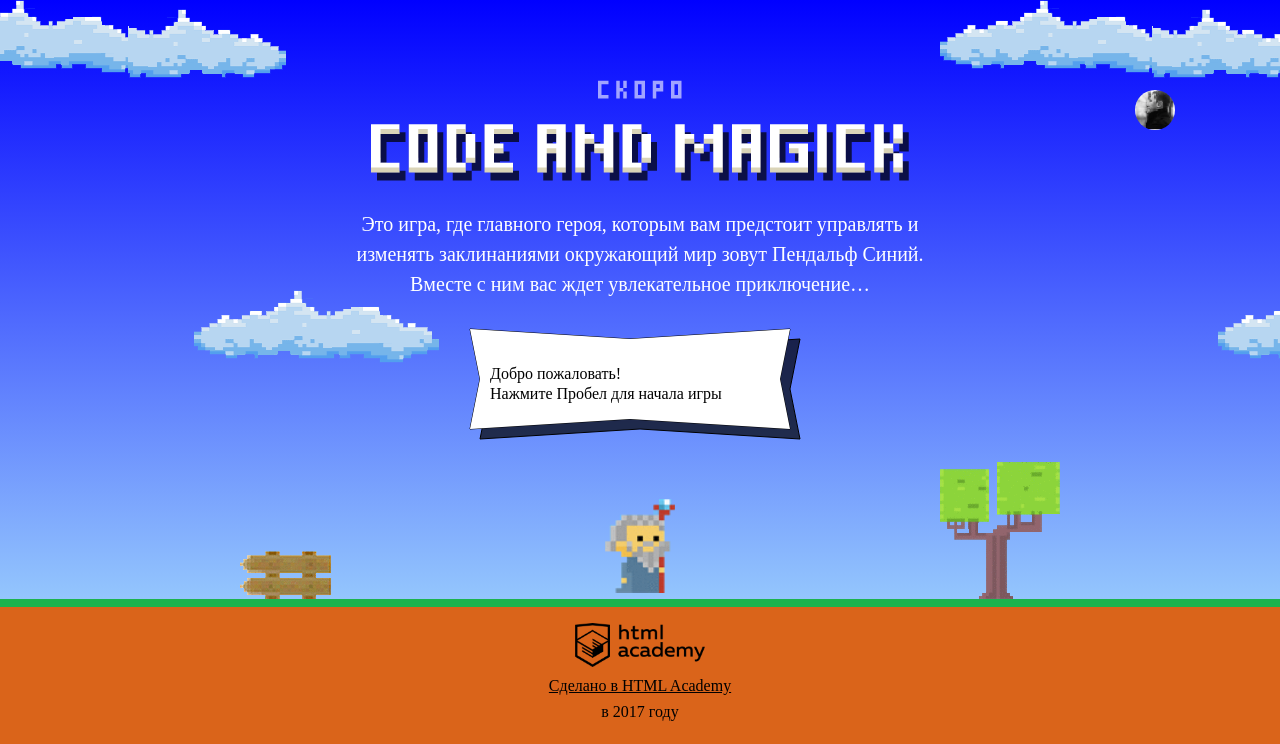
Repository: infernotw/1054987-code-and-magick-18
Page: index.html
The author's editor kept a copy of each file at every save. The page is drawn from the files as they stood at one save, then again after the next save.
The browser window is 1280 px wide. The pictures show the whole page.
Some web fonts or font styles are not loaded; a fallback is used.

Above is the page before, as saved 2019-09-11 19:59:06.

### index.html
<!DOCTYPE html>
<html>
<head>
  <meta charset="utf-8">
  <link rel="stylesheet" href="https://fonts.googleapis.com/css?family=PT+Mono&subset=latin,cyrillic">
  <link rel="stylesheet" href="css/main.css">
  <link rel="shortcut icon" href="favicon.ico" type="image/x-icon">
  <title>Код и Магия</title>
</head>
<body>

<header>
  <svg style="display: none;" xmlns="http://www.w3.org/2000/svg" viewBox="0 0 62
        86">
    <g id="wizard">
      <g id="wizard-coat">
        <polygon points="19 67 19 59 14 59 14 82 9 82 9 86 23 86 23 67 19 67"/>
        <polygon points="19 59 19 67 23 67 23 86 48 86 48 54 19 54 19 59"/>
      </g>
      <g id="wizard-head">
        <polygon points="48 86 53 86 53 15 58 15 58 10 62 10 62 5 58 5 58 10 48 10 48 5 43 5 43 10 48 10 48 14 48 86"
                 fill="#be3827"/>
        <polygon points="9 37 19 37 19 23 48 23 48 28 53 28 53 42 48 42 48 51 14 51 14 46 9 46 9 37"
                 fill="#fbd868"/>
        <rect x="33" y="39" width="10" height="5" fill="#bec1c3"/>
        <rect x="14" y="37" width="5" height="9" fill="#bec1c3"/>
        <polygon
          points="48 39 48 44.34 43 44.34 43 49.69 33 49.69 33 44.34 29 44.34 29 48.62 23 48.62 23 53.97 29 53.97 29 59.31 33 59.31 33 64.66 38 64.66 38 70 43 70 43 64.66 48 64.66 48 53.97 53 53.97 53 48.62 57 48.62 57 39 48 39"
          fill="#bec1c3"/>
        <polygon
          points="0 47 9 47 9 38 19 38 19 24 48 24 48 28 53 28 53 18 48 18 48 13 14 13 14 18 9 18 9 23 5 23 5 38 0 38 0 47"
          fill="#bec1c3"/>
      </g>
      <g id="wizard-eyes">
        <rect x="28" y="33" width="5" height="5"/>
        <rect x="43" y="33" width="5" height="5"/>
      </g>
      <g id="wizard-hands">
        <polygon points="19 67 19 59 14 59 14 82 9 82 9 86 23 86
          23 67 19 67" fill="#fff" opacity="0.2"/>
        <rect x="14" y="73" width="5" height="5"
              fill="#fbd868"/>
        <rect x="48" y="63" width="5" height="5" fill="#fbd868"/>
        <rect x="48" width="10" height="10" fill="#3aa2ca"/>
        <rect x="52" width="5" height="5" fill="#acd5fb"/>
      </g>
    </g>
  </svg>
  <div class="header-clouds"></div>
  <div class="header-fence"></div>
  <div class="header-tree"></div>

  <h1 class="header-title section-title">
    Code&thinsp;and&thinsp;Magick
    <img src="img/title-site.png" alt="Code and magick">
  </h1>
  <p class="header-description">
    Это игра, где главного героя, которым вам предстоит управлять и изменять заклинаниями окружающий мир зовут
    Пендальф Синий.
    Вместе с ним вас ждет увлекательное приключение&hellip;
  </p>

  <div class="demo"></div>

  <div class="setup-open">
    <img src="./img/user-1.jpg" class="setup-open-icon">
  </div>
</header>

<div class="overlay setup hidden">
  <form class="setup-wizard-form"
        method="post"
        enctype="multipart/form-data"
        autocomplete="off">

    <div class="setup-title">
      <div class="setup-user">
        <div class="upload">
          <img class="setup-user-pic" src="./img/user-1.jpg"/>
          <input type="file" name="avatar">
        </div>
        <label>
          <input type="text" name="username"
                 maxlength="25" required
                 class="setup-user-name" value="Синий Пендальф"/>
        </label>
      </div>

      <span class="setup-close">&times;</span>
    </div>


    <div class="setup-artifacts-shop">
      <div class="setup-artifacts-cell"><img src="img/icon-star.png" alt="Star" width="65" height="50" draggable="true">
      </div>
      <div class="setup-artifacts-cell"></div>
      <div class="setup-artifacts-cell"></div>
      <div class="setup-artifacts-cell"></div>

      <div class="setup-artifacts-cell"></div>
      <div class="setup-artifacts-cell"></div>
      <div class="setup-artifacts-cell"></div>
      <div class="setup-artifacts-cell"></div>
    </div>

    <div class="setup-player">
      <div class="setup-wizard-appearance">
        <div class="setup-wizard-wrap">
          <svg xmlns="http://www.w3.org/2000/svg" viewBox="0 0 62 86" class="setup-wizard">
            <g class="wizard">
              <use xlink:href="#wizard-coat" class="wizard-coat" style="fill: #6589a4"></use>
              <use xlink:href="#wizard-head" class="wizard-head"></use>
              <use xlink:href="#wizard-eyes" class="wizard-eyes"></use>
              <use xlink:href="#wizard-hands" class="wizard-hands"></use>
            </g>
          </svg>
        </div>
        <input type="hidden" name="coat-color" value="rgb(101, 137, 164)">
        <input type="hidden" name="eyes-color" value="black">
      </div>

      <div class="setup-fireball-wrap">
        <div class="setup-fireball"></div>
        <input type="hidden" name="fireball-color" value="#ee4830">
      </div>

      <div class="setup-artifacts" dropzone="move">
        <div class="setup-artifacts-cell"></div>
        <div class="setup-artifacts-cell"></div>
        <div class="setup-artifacts-cell"></div>
        <div class="setup-artifacts-cell"></div>

        <div class="setup-artifacts-cell"></div>
        <div class="setup-artifacts-cell"></div>
        <div class="setup-artifacts-cell"></div>
        <div class="setup-artifacts-cell"></div>

        <div class="setup-artifacts-cell"></div>
        <div class="setup-artifacts-cell"></div>
        <div class="setup-artifacts-cell"></div>
        <div class="setup-artifacts-cell"></div>

        <div class="setup-artifacts-cell"></div>
        <div class="setup-artifacts-cell"></div>
        <div class="setup-artifacts-cell"></div>
        <div class="setup-artifacts-cell"></div>
      </div>
    </div>

    <div class="setup-footer">
      <div class="setup-similar hidden">

        <h4 class="setup-similar-title">Похожие персонажи</h4>

        <div class="setup-similar-list"><!--Список похожих персонажей--></div>
      </div>

      <button class="button setup-submit">Сохранить</button>
    </div>
  </form>
</div>

<footer>
  <p><a href="http://htmlacademy.ru" class="footer-link"><img src="img/htmlacademy-logo.png" alt="HTML Academy"
                                                              width="130">Сделано в HTML Academy</a>в 2017 году</p>
</footer>

<template id="similar-wizard-template" style="display: none">
  <div class="setup-similar-item">
    <div class="setup-similar-content">
      <svg xmlns="http://www.w3.org/2000/svg" viewBox="0 0 62 86" class="setup-similar-wizard">
        <g class="wizard">
          <use xlink:href="#wizard-coat" class="wizard-coat"></use>
          <use xlink:href="#wizard-head" class="wizard-head"></use>
          <use xlink:href="#wizard-eyes" class="wizard-eyes"></use>
          <use xlink:href="#wizard-hands" class="wizard-hands"></use>
        </g>
      </svg>
    </div>
    <p class="setup-similar-label">Петр Петров</p>
  </div>
</template>

<script>
  var fireballSize = 22;
  var wizardSpeed = 3;
  var wizardWidth = 70;

  var getFireballSpeed = function(left) {
      return left ? 5 : 2;
  };

  var getWizardHeight = function() {
    return 1.337 * wizardWidth;
  };

  var getWizardX = function(width) {
    return width /2 - wizardWidth / 2;
  };

  var getWizardY = function(height) {
    return (height / 3) * 2;
  };

</script>
<script src="js/game.js"></script>

</body>
</html>

### css/main.css
html,
body
{
    font: 20px 'PT Mono';

    min-width: 1024px;
    margin: 0;
    margin: 0 auto;
    padding: 0;

    color: #fff;
    background: #da641a;
}

h1,
h2
{
    text-align: center;

    text-shadow: 5px 5px 0 rgba(0, 0, 0, .72);
}

button
{
    font: bold 20px 'PT Mono';
    line-height: 54px;

    margin-right: 20px;
    padding: 0 16px;

    border: 0;
    background: #fff;
}

*[tabindex]:focus,
button:focus,
input:focus
{
    outline: none;
    box-shadow: 0 0 10px #fff000;
}

form
{
    margin-bottom: 0;
}

.hidden
{
    display: none;
}

.popup
{
    position: absolute;
    z-index: 100;

    min-width: 200px;

    border-width: 2px;
    border-style: solid;
    border-color: black;
    background-color: #414342;
}

.section-title
{
    position: relative;

    height: 52px;

    text-indent: -1000em;
}

.section-title img
{
    position: absolute;
    top: 0;
    left: 50%;

    transform: translateX(-50%);
}

header
{
    position: relative;

    padding-top: 80px;

    text-align: center;

    border-bottom: solid 8px #1cb34d;
    background: #2b5cfc;
    background: linear-gradient(180deg, #00f, #94c6fd);
}

.header-title
{
    height: 101px;
    margin-bottom: 30px;
}

.header-clouds
{
    position: absolute;
    z-index: 0;
    top: 0;
    right: 0;
    left: 0;

    height: 363px;

    background: url('../img/clouds.png') top center repeat-x;
}

.header-fence
{
    position: absolute;
    bottom: 0;
    left: 50%;

    width: 91px;
    height: 48px;
    margin-left: -400px;

    background: url('../img/fence.gif') no-repeat;
}

.header-tree
{
    position: absolute;
    bottom: 0;
    left: 50%;

    width: 120px;
    height: 137px;
    margin-left: 300px;

    background: url('../img/tree.gif') no-repeat;
}

.header-soon
{
    font-size: 26px;

    position: relative;
    z-index: 1;

    color: #fff;
    color: rgba(255, 255, 255, .6);
}

.header-title
{
    font-size: 69px;

    position: relative;
    z-index: 1;

    margin: 0 0 28px;
    padding: 0;
}

.header-description
{
    font-size: 20px;
    line-height: 1.5;

    position: relative;
    z-index: 1;

    width: 620px;
    margin: 0 auto;
}

.demo
{
    width: 700px;
    height: 300px;
    margin: 0 auto;
}

main
{
    padding-top: 80px;

    background: linear-gradient(180deg, #ae340a, #fcb945);
}

.main-section
{
    box-sizing: border-box;
    margin: 0 auto 60px;
    padding: 10px;
}

.photogallery
{
    position: relative;

    width: 1000px;
    padding: 10px 0;

    text-align: center;
}

.photogallery-title
{
    margin-bottom: 35px;
}

.photogallery-image
{
    display: inline-block;
    overflow: hidden;

    width: 292px;
    height: 271px;
    margin: 21px 8px;

    border: 0;
    box-shadow: 7px 10px 0 rgba(0, 0, 0, .30), 0 0 20px rgba(255, 255, 190, .3);
}

.reviews
{
    box-sizing: border-box;
    width: 670px;
}

.reviews-title
{
    margin-bottom: 30px;
}

.reviews-filter
{
    margin-bottom: 60px;

    white-space: nowrap;
}

.reviews-filter-item
{
    font-size: 22px;
    font-weight: bold;

    display: inline-block;

    margin-right: 50px;

    cursor: pointer;
    vertical-align: middle;

    color: #fff;
    border-bottom: dotted 2px #fff;
}

.reviews-filter input
{
    position: absolute;
    left: -1200em;
}

input[type=radio]:checked + .reviews-filter-item
{
    line-height: 36px;

    margin-right: 35px;
    margin-left: -15px;
    padding: 0 15px;

    cursor: auto;

    color: #000;
    border-bottom: solid 2px;
    background: #fff;
    box-shadow: 3px 3px 0 #000;
}

.review
{
    font-size: 17px;
    line-height: 1.4;

    position: relative;

    margin-bottom: 75px;
    padding-left: 155px;
}

.reviews-list-loading,
.reviews-load-failure
{
    padding-bottom: 40px;

    text-align: center;
}

.reviews-list-loading:after
{
    content: 'Загрузка...';
}

.reviews-load-failure:after
{
    display: inline-block;

    width: 40px;
    height: 40px;

    content: '';

    background: url('../img/icon-cross.png') no-repeat center;
}

.review-load-failure .review-author
{
    visibility: hidden;
}

.review-load-failure .review-author:after
{
    position: absolute;
    top: 0;
    right: 0;
    bottom: 0;
    left: 0;

    display: block;
    visibility: visible;

    content: '';

    opacity: .4;
    border: solid 1px rgba(255, 255, 255, .5);
    border-radius: 50%;
    background: url('../img/icon-cross.png') center no-repeat;
}

.review-rating
{
    display: block;

    width: 30px;
    height: 30px;

    background: url('../img/icon-star.png') top left repeat-x;
}


.review-rating-one
{
    width: 40px;
}
.review-rating-two
{
    width: 80px;
}
.review-rating-three
{
    width: 120px;
}
.review-rating-four
{
    width: 160px;
}
.review-rating-five
{
    width: 200px;
}

.review-author
{
    position: absolute;
    top: 5px;
    left: 0;

    width: 124px;
    height: 124px;

    border-radius: 50%;
}

.review-quiz
{
    font-size: 15px;

    color: #fff;
    color: rgba(255, 255, 255, .5);
}

.review-quiz-answer
{
    display: inline-block;

    margin: 0 5px;

    cursor: pointer;
    vertical-align: middle;
    text-decoration: underline;
}

.review-quiz-answer-active
{
    cursor: default;
    text-decoration: none;

    color: #fff;
}

.reviews-controls
{
    text-align: center;
}

.reviews-controls-item
{
    display: inline-block;

    cursor: pointer;
    vertical-align: middle;
}

.reviews-controls-more
{
    font-size: 20px;
    font-weight: bold;
    line-height: 55px;

    margin-right: 26px;
    padding: 0 30px;

    color: #000;
    background: #fff;
    box-shadow: 5px 5px 0 rgba(0, 0, 0, 1);
}

.reviews-controls-new
{
    font-size: 18px;
    line-height: 36px;

    padding: 0 18px;

    color: #000;
    border: solid 1px;
}

footer
{
    font-size: 16px;
    line-height: 1.6;

    text-align: center;

    color: #000;
}

footer a
{
    color: #000;
}

footer p
{
    margin-bottom: 0;
    padding-bottom: 20px;
}

.overlay-container,
.overlay-gallery
{
    position: fixed;
    z-index: 1;
    top: 0;
    right: 0;
    bottom: 0;
    left: 0;

    overflow: auto;

    background: rgba(0, 0, 0, .8);
}

.review-form
{
    position: relative;

    width: 510px;
    margin: 100px auto;
    padding: 0 10px;

    text-align: left;
}

.review-form-title
{
    font-family: 'PT Mono';

    text-align: left;
}

.overlay-gallery-close,
.review-form-close
{
    font-size: 45px;

    position: absolute;
    top: -5px;
    right: 0;

    padding: 0 10px;

    cursor: pointer;
    text-align: center;
}

.review-form-group
{
    margin: 0;
    margin-bottom: 15px;
    padding: 0;

    border: 0;
}

.review-form-group-mark
{
    min-height: 55px;
    margin-left: -15px;
}

.review-form-group-mark .review-form-label
{
    margin-left: 15px;
}

.review-form-group-mark input[type=radio]
{
    position: absolute;

    visibility: hidden;
}

.review-mark-label
{
    position: absolute;

    width: 40px;
    height: 30px;
    margin: 0 10px;

    cursor: pointer;
    text-indent: -100em;

    color: #fff;
    background: none;
}

.review-mark-label-1
{
    width: 40px;
}
.review-mark-label-2
{
    width: 80px;
}
.review-mark-label-3
{
    width: 120px;
}
.review-mark-label-4
{
    width: 160px;
}
.review-mark-label-5
{
    width: 200px;

    background: url('../img/icon-star-inactive-form.png') repeat-x;
}

input[type=radio]:checked + .review-mark-label
{
    background: url('../img/icon-star.png') repeat-x;
}

.review-form-label
{
    font-size: 20px;
    line-height: 1.6;
}

.review-form-field
{
    font: 20px/1.5 'PT Mono';

    padding: 5px;

    color: #000;
    border: 0;
    background: #fff;
}

.review-form-field-name
{
    width: 15em;
}

.review-form-controls
{
    white-space: nowrap;
}

.review-form-control
{
    display: inline-block;

    vertical-align: top;
}

.review-fields
{
    font-size: 16px;

    white-space: normal;

    color: #fff;
    color: rgba(255, 255, 255, .6);
}

.review-fields-label
{
    cursor: pointer;
    text-decoration: underline;
}

.footer-link
{
    position: relative;

    display: block;

    width: 250px;
    margin: 0 auto;
    padding-top: 50px;
}

.footer-link:hover
{
    opacity: .6;
}

.footer-link img
{
    position: absolute;
    top: 0;
    left: 50%;

    transform: translateX(-50%);
}

.setup
{
    position: absolute;
    z-index: 3;
    top: 80px;
    left: 50%;

    box-sizing: border-box;
    width: 800px;

    transform: translateX(-50%);

    color: #000;
    background: #89a1fd;
    box-shadow: 10px 10px 0 rgba(0, 0, 0, .25);
}

.setup-open-icon
{
    position: absolute;
    z-index: 2;
    top: 100px;
    right: 100px;

    cursor: pointer;
}

.setup-open-icon:hover
{
    box-shadow: 5px 5px 0 rgba(0, 0, 0, .5);
}

.setup-title
{
    padding: 20px;
}

.setup-user
{
    display: inline-block;
}

.setup-open-icon,
.setup-user-pic
{
    display: inline-block;
    overflow: hidden;

    width: 40px;
    height: 40px;
    margin-top: -10px;
    margin-right: 5px;

    vertical-align: middle;

    border-radius: 40px;
}

.setup-user-name
{
    font-family: 'PT Mono', serif;
    font-size: 30px;
    font-weight: 900;

    width: 500px;

    color: #fff;
    border: 0;
    background: transparent;
}

.setup-user-name:valid
{
    border: 0;
}

.setup-user-name:invalid
{
    border: 2px solid red;
}

.setup-user-name:focus
{
    border-bottom: solid 1px #000;
    outline: none;
}

.setup-close
{
    font-size: 70px;

    top: 20px;
    right: 20px;

    float: right;

    cursor: pointer;
    transform: translateY(-.3em);

    color: #000;
}

.setup-artifacts-shop
{
    display: flex;

    width: 716px;
    height: 65px;
    padding-top: 20px;
    padding-bottom: 20px;

    flex-wrap: wrap;
    justify-content: flex-end;
}

.setup-player
{
    position: relative;

    height: 300px;
    min-height: 300px;
    padding-top: 20px;
}

.setup-wizard
{
    position: absolute;
    bottom: 0;
    left: 50px;

    width: 250px;
    height: 250px;
}

.setup-fireball-wrap
{
    position: absolute;
    top: 0;
    left: 300px;

    width: 75px;
    height: 75px;

    background: #ee4830;
}

.setup-fireball
{
    width: 75px;
    height: 75px;

    background: url('../img/fireball-mask.png');
    background-size: 75px 75px;
}

.setup-artifacts
{
    position: absolute;
    right: 46px;
    bottom: 0;

    display: flex;

    width: 260px;
    height: 260px;

    flex-wrap: wrap;
    justify-content: space-between;
}

.setup-artifacts-cell
{
    box-sizing: border-box;
    width: 65px;
    height: 65px;

    border: solid 1px rgba(255, 255, 255, .5);
    background: rgba(0, 0, 0, .1);
}

.setup-artifacts-cell:last-child
{
    border-right-width: 1px;
}

.setup-footer
{
    padding-bottom: 20px;

    border-top: 10px solid #1cb34d;
    background-color: #da641a;
}

.setup-similar-title
{
    margin-left: 20px;

    color: #fff;
}

.setup-similar-list
{
    display: flex;
    flex-direction: row;

    margin-right: 20px;
    margin-left: 20px;

    justify-content: space-between;
    flex-wrap: nowrap;
}

.setup-similar-item
{
    overflow: hidden;

    max-width: 150px;

    text-overflow: ellipsis;
}

.setup-similar-label
{
    margin: 5px;

    color: #fff;
}

.setup-similar-content
{
    position: relative;

    width: 150px;
    height: 150px;

    background-color: #414342;
    box-shadow: 5px 5px 0 rgba(0, 0, 0, .25);
}

.setup-similar-wizard
{
    position: absolute;
    bottom: 0;
    left: 50%;

    width: 100px;
    margin: 0 auto;

    transform: translateX(-50%);
}

.setup-submit
{
    display: block;

    margin: 20px auto 0;

    color: #fff;
    background: #1cb34d;
}

.setup-submit:disabled
{
    opacity: .3;
}

.overlay-gallery
{
    text-align: center;
}

.overlay-gallery-controls
{
    margin: 100px 0;
}

.overlay-gallery-control
{
    display: inline-block;

    width: 30px;
    height: 46px;

    cursor: pointer;
    vertical-align: middle;

    background: url('../img/arrows-sprite.png') no-repeat;
}

.overlay-gallery-control-right
{
    background-position: -30px 0;
}

.overlay-gallery-preview
{
    font-size: 0;

    position: relative;

    display: inline-block;

    min-width: 300px;
    min-height: 300px;

    vertical-align: middle;

    border: dotted 1px rgba(255, 255, 255, .2);
}

.overlay-gallery-preview-number
{
    font-size: 14px;
    font-weight: bold;

    position: absolute;
    top: -1.5em;
    left: 0;

    color: #fff;
}

.upload
{
    position: relative;

    display: inline-block;

    box-sizing: border-box;
    width: 40px;
    min-width: 40px;
    max-width: 40px;
    height: 40px;
}

.upload .setup-user-pic
{
    position: absolute;
    top: 0;
    left: 0;

    display: block;

    margin: 0;
}

.upload input
{
    position: absolute;
    z-index: 0;
    top: 0;
    left: 0;

    width: 100%;
    height: 100%;

    opacity: 0;
}

Loaded but not shown: js/game.js (825 lines, source omitted)

After the next save:
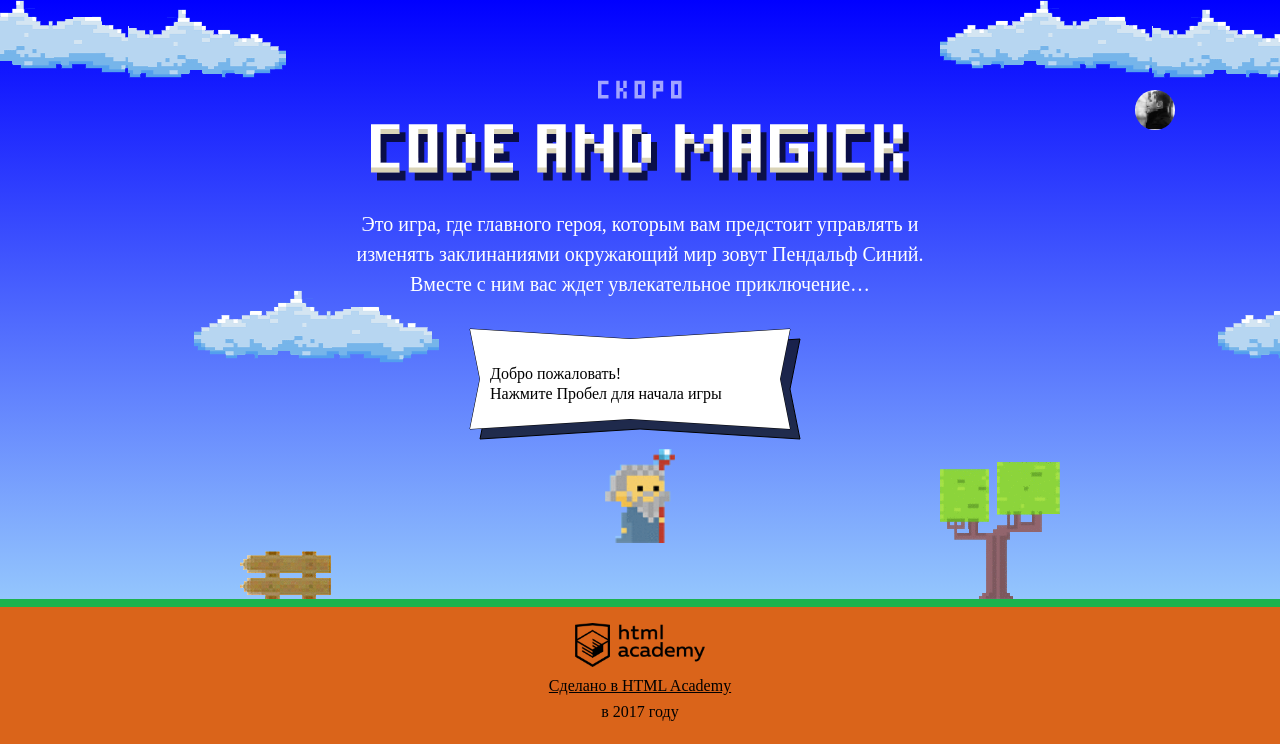
Saved 5 s later.
--- a/index.html
+++ b/index.html
@@ -199,7 +199,7 @@
   };
 
   var getWizardY = function(height) {
-    return (height / 3) * 2;
+    return (height / 4) * 2;
   };
 
 </script>

After the save that followed:
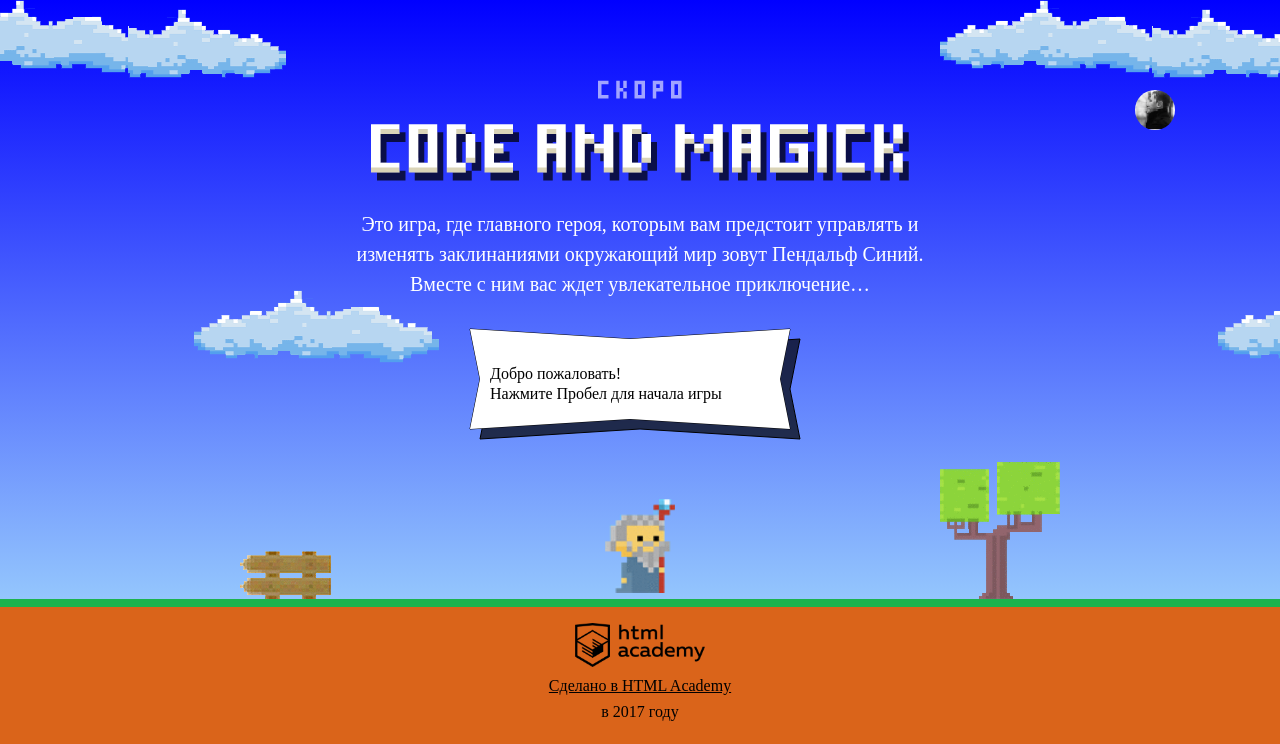
Saved 4 s later.
--- a/index.html
+++ b/index.html
@@ -199,7 +199,7 @@
   };
 
   var getWizardY = function(height) {
-    return (height / 4) * 2;
+    return (height / 3) * 2;
   };
 
 </script>
